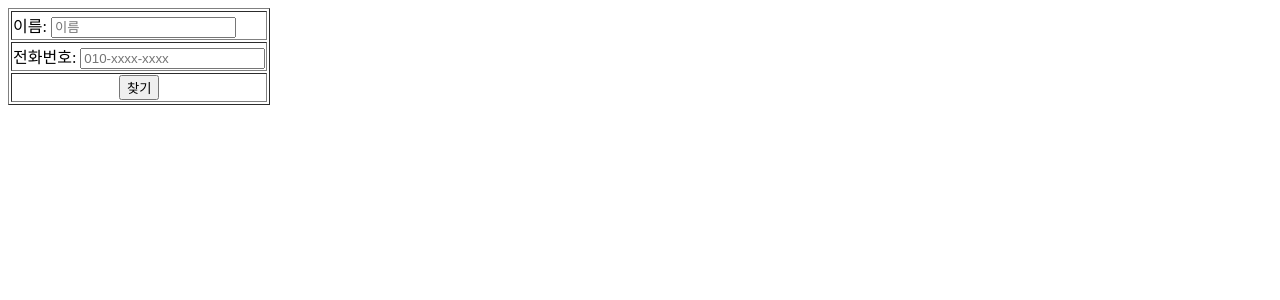
Repository: leeseokh/jquery
Page: workspace/MemberPj/WebContent/html/아디, 비번 찾기/id찾기.html
The author's editor kept a copy of each file at every save. The page is drawn from the files as they stood at one save, then again after the next save.
The browser window is 1280 px wide. The pictures show the whole page.

Above is the page before, as saved 2021-06-17 12:01:07.

After the next save:
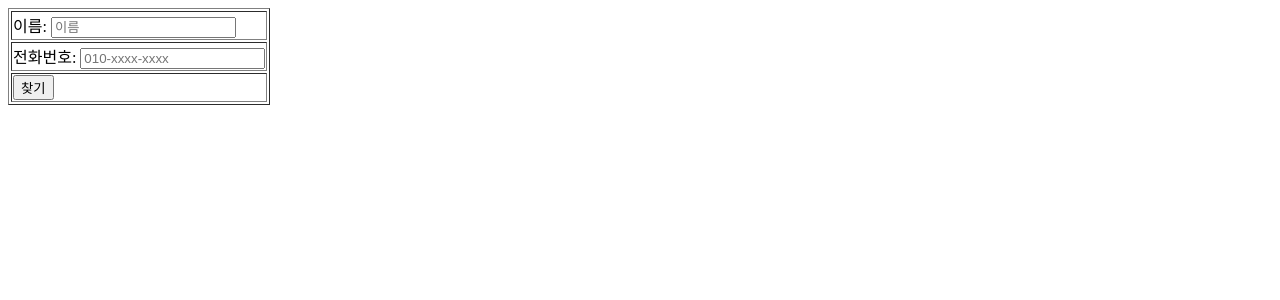
Saved 67 s later.
--- a/workspace/MemberPj/WebContent/html/아디, 비번 찾기/id찾기.html
+++ b/workspace/MemberPj/WebContent/html/아디, 비번 찾기/id찾기.html
@@ -3,6 +3,11 @@
 <head>
 	<meta charset="UTF-8">
 	<title>Insert title here</title>
+	<style type="text/css">
+		table td{
+			text-align: left;
+		}
+	</style>
 </head>
 <body>
 	<form action="id_do" method="post">

After the save that followed:
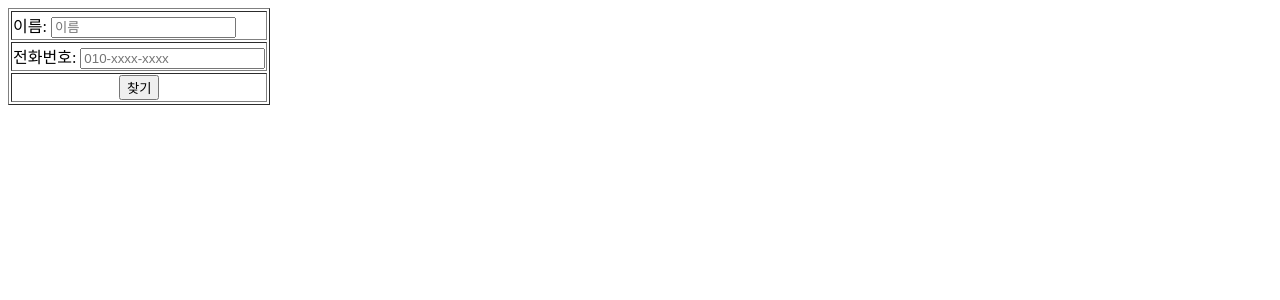
Saved 5 min 27 s later.
--- a/workspace/MemberPj/WebContent/html/아디, 비번 찾기/id찾기.html
+++ b/workspace/MemberPj/WebContent/html/아디, 비번 찾기/id찾기.html
@@ -5,7 +5,7 @@
 	<title>Insert title here</title>
 	<style type="text/css">
 		table td{
-			text-align: left;
+			list-style: none;
 		}
 	</style>
 </head>
